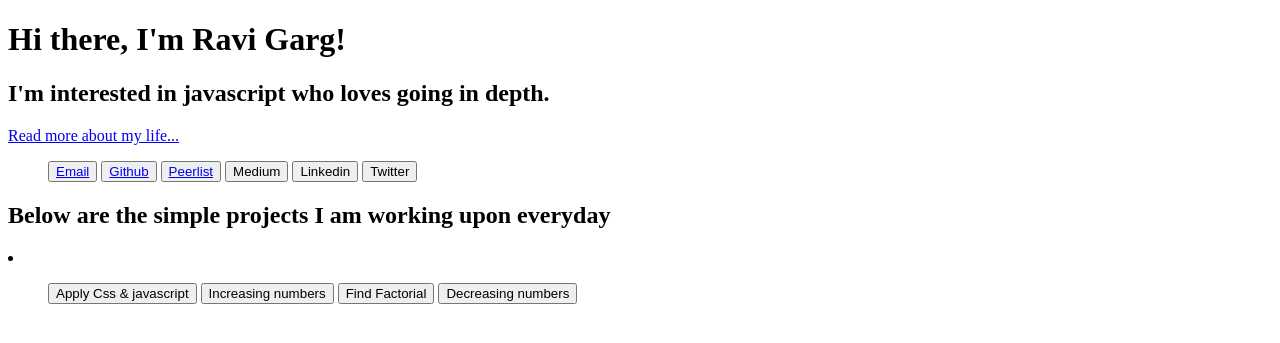
Repository: ravigarg001/musafir
Page: index.html
The author's editor kept a copy of each file at every save. The page is drawn from the files as they stood at one save, then again after the next save.
The browser window is 1280 px wide. The pictures show the whole page.

Above is the page before, as saved 2022-05-02 09:19:28.

After the next save:
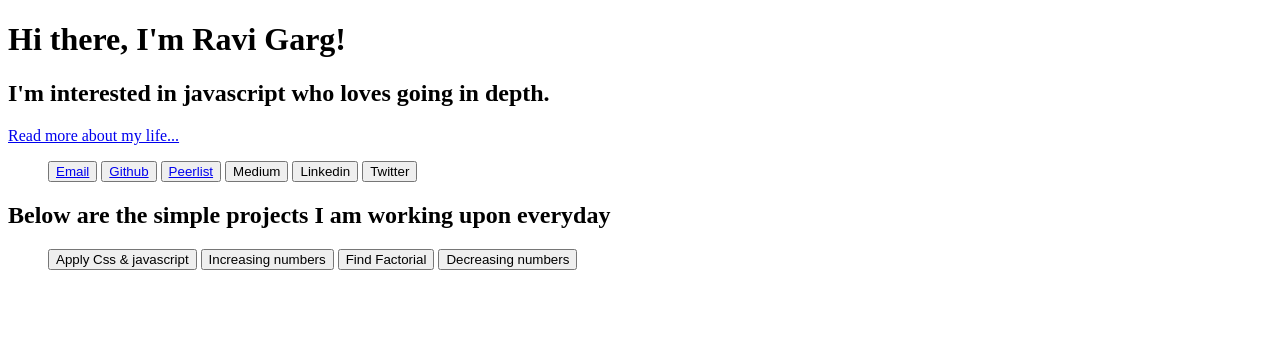
Saved 53 s later.
--- a/index.html
+++ b/index.html
@@ -24,7 +24,6 @@
 </ul>
 </footer>
 <h2>Below are the simple projects I am working upon everyday</h2>
-<li>
 <ul>
   <button class="cssAdder" onclick="addCssAndJs()">Apply Css & javascript</button>
   <button onclick="inputNumber1()">Increasing numbers </button>
